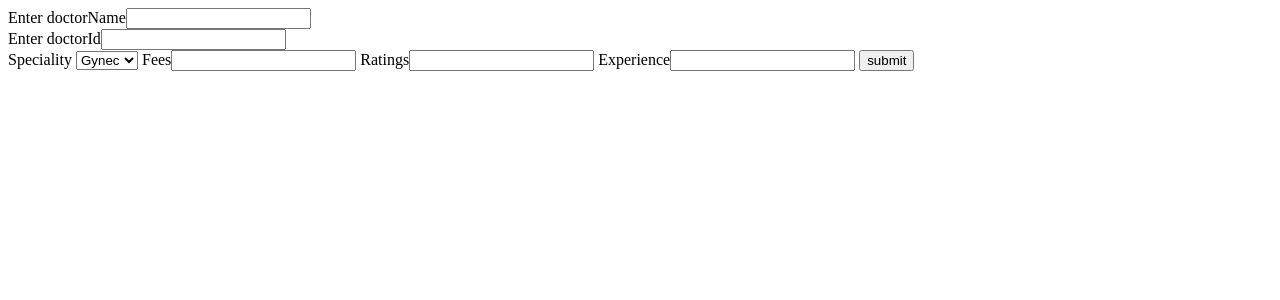
Repository: Kavya-C1/eclipsejava
Page: http://localhost/DoctorApp/
These files come from the project's save history. The page is drawn as it stood at one moment and after the next save; the edit follows.
The browser window is 1280 px wide. The pictures show the whole page.
The page is served by Tomcat 9. Other server files are loaded and not shown.

Above is the page before, as saved 2024-03-14 04:12:55.

### DoctorApp/src/main/webapp/index.jsp
<%@ page language="java" contentType="text/html; charset=ISO-8859-1"
    pageEncoding="ISO-8859-1"%>
<!DOCTYPE html>
<html>
<head>
<meta charset="ISO-8859-1">
<title>Insert title here</title>
</head>
<body>



<form action="doctorServlet">

Enter doctorName<input type="text" name="doctorName"><br>
Enter doctorId<input type="text" name="doctorId"><br>


Speciality
<select values="speciality">
<option value="gynec">Gynec</option>
<option value="ortho">Ortho</option>
<option value="derma">Derma</option>
</select>

Fees<input type="text" name="fees">
Ratings<input type="text" name="ratings">
Experience<input type="text" name="experience">


<input type="submit" value="submit">



</form>


</body>
</html>

After the next save:
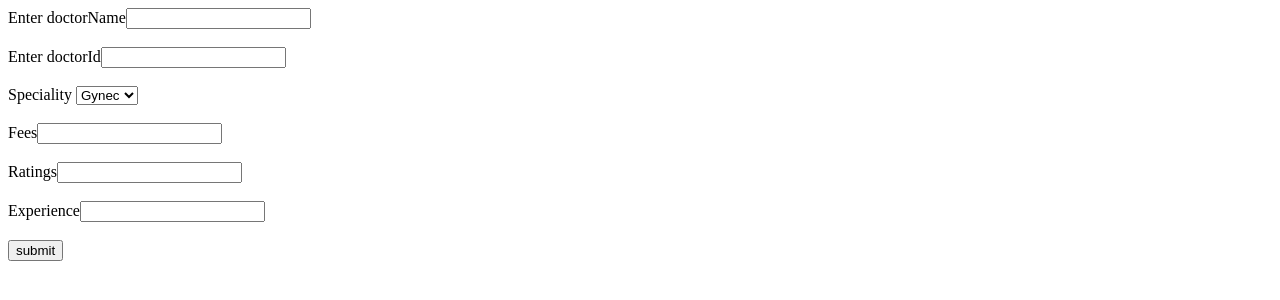
Saved 34 s later.
--- a/DoctorApp/src/main/webapp/index.jsp
+++ b/DoctorApp/src/main/webapp/index.jsp
@@ -12,8 +12,8 @@
 
 <form action="doctorServlet">
 
-Enter doctorName<input type="text" name="doctorName"><br>
-Enter doctorId<input type="text" name="doctorId"><br>
+Enter doctorName<input type="text" name="doctorName"><br><br>
+Enter doctorId<input type="text" name="doctorId"><br><br>
 
 
 Speciality
@@ -22,10 +22,11 @@ Speciality
 <option value="ortho">Ortho</option>
 <option value="derma">Derma</option>
 </select>
+<br><br>
 
-Fees<input type="text" name="fees">
-Ratings<input type="text" name="ratings">
-Experience<input type="text" name="experience">
+Fees<input type="text" name="fees"><br><br>
+Ratings<input type="text" name="ratings"><br><br>
+Experience<input type="text" name="experience"><br><br>
 
 
 <input type="submit" value="submit">
